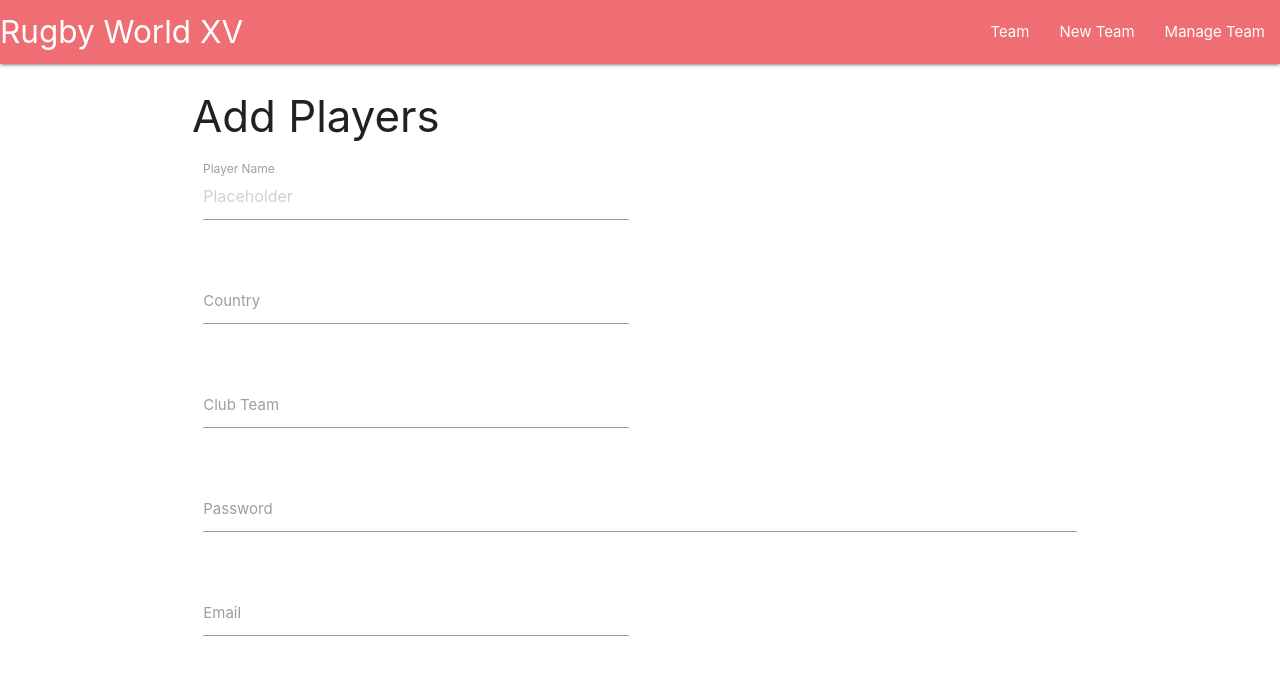
Repository: StephenWhittington/rugby-world-xv
Page: templates/newteam.html
The author's editor kept a record of every edit. The page is drawn from the files as they stood at one moment, then again after the next edit.
The browser window is 1280 px wide. The pictures show the whole page.
The page is served by the project's application, run on Flask 3 (app.py). The template is opened directly, without the code that normally fills it, so the values that code supplies are empty.

Above is the page before.

### templates/newteam.html
{% extends 'base.html' %} {% block content %}
<h3>Add Players</h3>
<div class="row">
    <form action="{{ url_for('add_player') }}" method="POST" class="col s12">
        <div class="row">
            <div class="input-field col s6">
                <input placeholder="Placeholder" id="player_name" type="text" class="validate">
                <label for="player_name">Player Name</label>
            </div>
        </div>
        <div class="row">
            <div class="input-field col s6">
                <input id="country" type="text" class="validate">
                <label for="country">Country</label>
            </div>
        </div>
        <div class="row">
            <div class="input-field col s6">
                <input id="club_team" type="text" class="validate">
                <label for="club_team">Club Team</label>
            </div>
        </div>

        <div class="row">
            <div class="input-field col s12">
                <input id="password" type="password" class="validate">
                <label for="password">Password</label>
            </div>
        </div>
        <div class="row">
            <div class="input-field col s6">
                <input id="email" type="email" class="validate">
                <label for="email">Email</label>
            </div>
        </div>
    </form>
</div>

{% endblock %}

### templates/base.html
<!DOCTYPE html>
<html lang="en">

<head>
    <meta charset="UTF-8">
    <meta name="viewport" content="width=device-width, initial-scale=1.0">
    <meta http-equiv="X-UA-Compatible" content="ie=edge">
    <link href="https://fonts.googleapis.com/icon?family=Material+Icons" rel="stylesheet">
    <link rel="stylesheet" href="https://cdnjs.cloudflare.com/ajax/libs/materialize/1.0.0/css/materialize.min.css">
    <link rel="stylesheet" href="{{url_for('static', filename='css/style.css')}}" type="text/css" />
    <title>World XV</title>
</head>

<body>

    <header>
        <nav>
            <div class="nav-wrapper">
                <a href="{{url_for('view_team')}}" class="brand-logo">Rugby World XV</a>
                <a href="#" data-target="mobile-demo" class="sidenav-trigger"><i class="material-icons">menu</i></a>
                <ul id="nav-mobile" class="right hide-on-med-and-down">
                    <li><a href="{{url_for('view_team')}}">Team</a></li>
                    <li><a href="{{url_for('view_team')}}">New Team</a></li>
                    <li><a href="{{url_for('view_team')}}">Manage Team</a></li>
                </ul>
            </div>
        </nav>
        <ul class="sidenav" id="mobile-demo">
            <li><a href="{{url_for('view_team')}}">Team</a></li>
            <li><a href="{{url_for('view_team')}}">New Team</a></li>
            <li><a href="{{url_for('view_team')}}">Manage Team</a></li>
        </ul>
    </header>



    <div class="container">
        {% block content %} {% endblock %}
    </div>


    <script src="https://code.jquery.com/jquery-3.4.1.js" integrity="sha256-WpOohJOqMqqyKL9FccASB9O0KwACQJpFTUBLTYOVvVU=" crossorigin="anonymous"></script>
    <script src="https://cdnjs.cloudflare.com/ajax/libs/materialize/1.0.0/js/materialize.min.js"></script>
    <script type="text/javascript">
        $(document).ready(function() {
            $('.collapsible').collapsible();
            $('.sidenav').sidenav();
        });
    </script>
</body>

</html>

### app.py
import os
from flask import Flask, render_template, redirect, request, url_for
from flask_pymongo import PyMongo
from bson.objectid import ObjectId
from dotenv import load_dotenv
load_dotenv()

app = Flask(__name__)

app.config["MONGO_URI"] = os.getenv("MONGO_URI")

mongo = PyMongo(app)



@app.route('/')
@app.route('/view_team')
def view_team():
    return render_template("base.html",
                            team=mongo.db.team.find())


if __name__ == '__main__':
    app.run(host=os.environ.get('IP'),
            port=int(os.environ.get('PORT')),
            debug=True)

Loaded but not shown: static/css/style.css (no copy from this time; the picture is the same without it)

After the next edit:
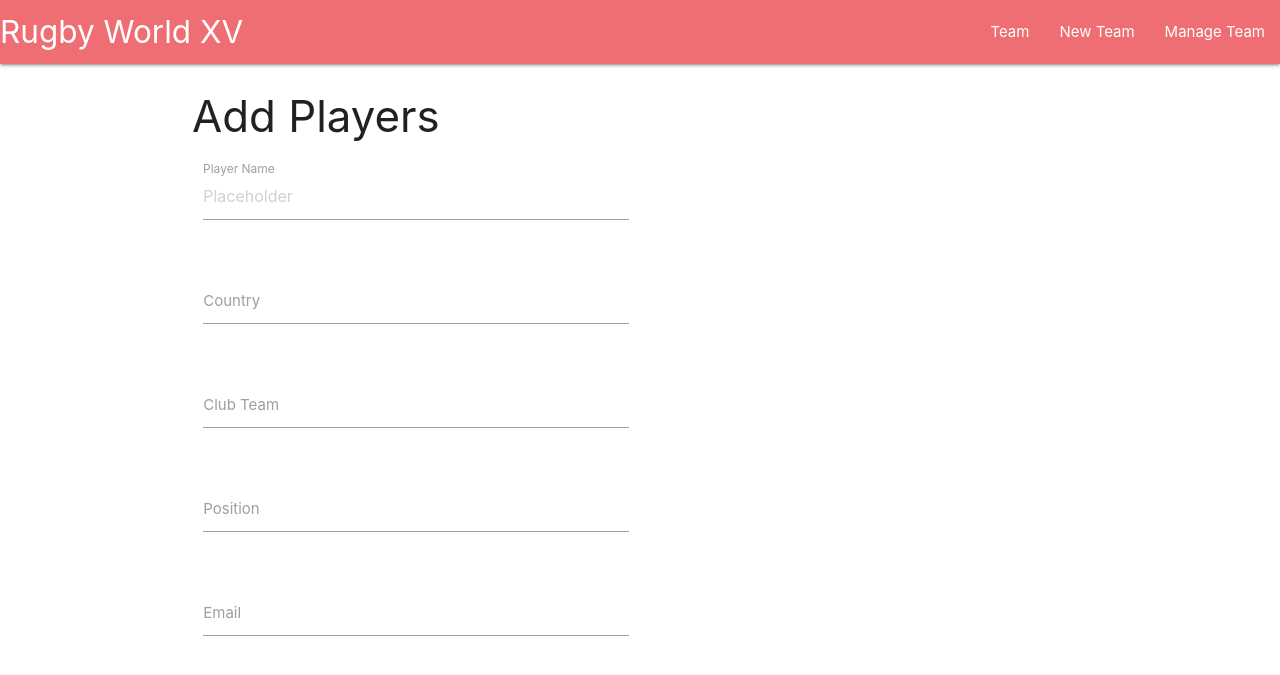
The edit:
--- a/templates/newteam.html
+++ b/templates/newteam.html
@@ -20,11 +20,10 @@
                 <label for="club_team">Club Team</label>
             </div>
         </div>
-
         <div class="row">
-            <div class="input-field col s12">
-                <input id="password" type="password" class="validate">
-                <label for="password">Password</label>
+            <div class="input-field col s6">
+                <input id="position" type="text" class="validate">
+                <label for="position">Position</label>
             </div>
         </div>
         <div class="row">
